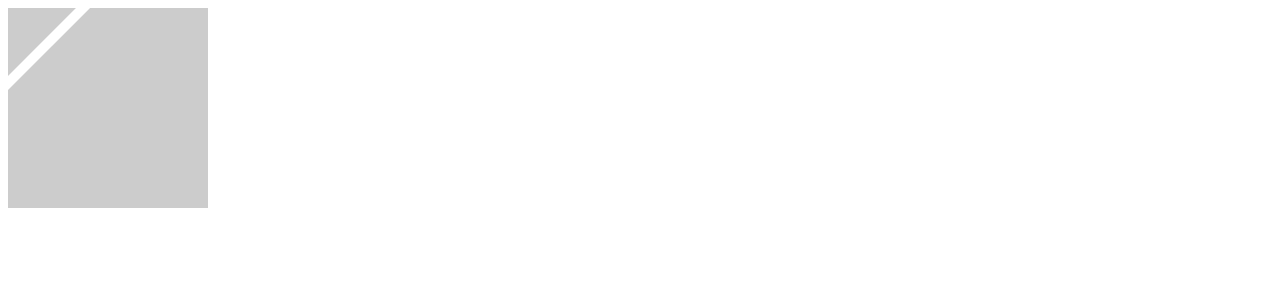
Repository: yaoxin1996/All-kinds-of-practice
Page: html/index.html
These files come from the project's save history. The page is drawn as it stood at one moment and after a run of saves; the edit follows.
The browser window is 1280 px wide. The pictures show the whole page.

Above is the page before, as saved 2022-05-22 10:05:44.

### html/index.html
<!DOCTYPE html>
<html lang="en">
<head>
  <meta charset="UTF-8">
  <meta http-equiv="X-UA-Compatible" content="IE=edge">
  <meta name="viewport" content="width=device-width, initial-scale=1.0">
  <title>Document</title>
</head>
<style>
  .box {

  }
  .inner {
    width: 200px;
    height: 200px;
    background: #ccc;
    position: relative;
  }
  .inner::after {
    content: '';
    width: 10px;
    height: 500px;
    transform: rotate(45deg);
    background-color: #fff;
    position: absolute;
    top: -80px;
    left: -100px;
  }
  .box:hover .inner::after{
    left: 300px;
  }

</style>
<body>
  <div class="box">
    <div class="inner"></div>
  </div>
</body>
</html>

After the next 2 saves:
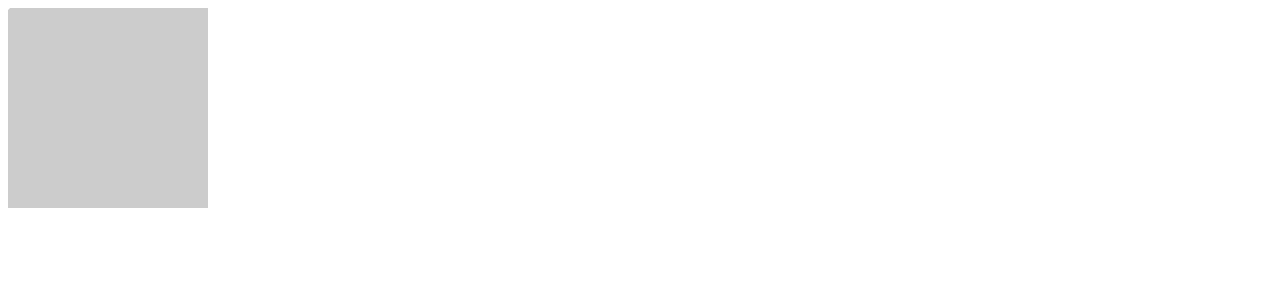
The 2 saves are shown as one change because they came seconds apart.
The last was saved 8 s later.
--- a/html/index.html
+++ b/html/index.html
@@ -24,7 +24,7 @@
     background-color: #fff;
     position: absolute;
     top: -80px;
-    left: -100px;
+    left: -180px;
   }
   .box:hover .inner::after{
     left: 300px;
